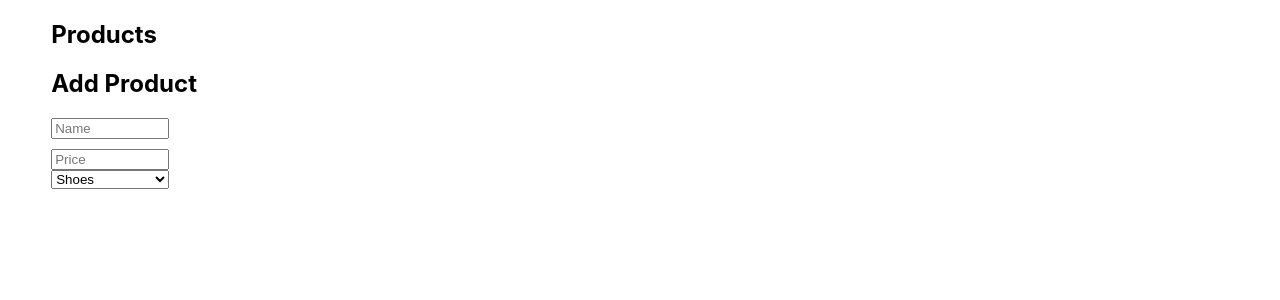
Repository: zcoderboy/redux-workout
Page: /
The author's editor kept a copy of each file at every save. The page is drawn from the files as they stood at one save, then again after the next save.
The browser window is 1280 px wide. The pictures show the whole page.
The project was rebuilt for these pictures with package versions that can differ from the ones it lists, and the page was loaded fresh each time. Also part of the build but not shown: src/Product.js.

Above is the page before, as saved 2020-08-17 15:20:24.

After the next save:
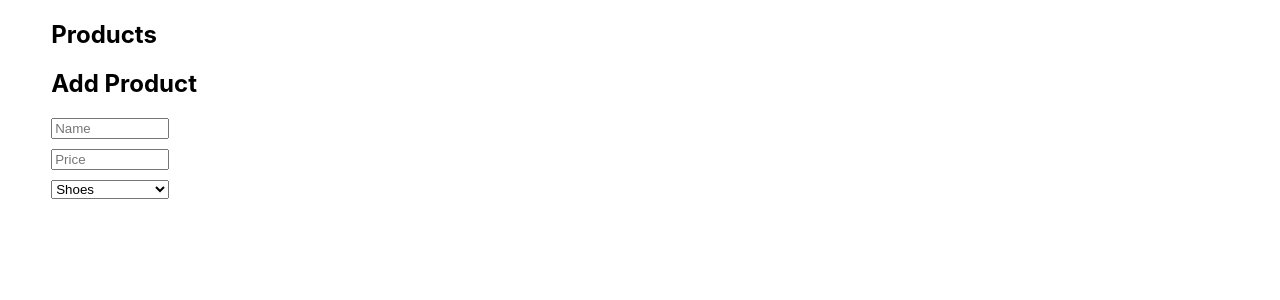
Saved 9 s later.
--- a/src/ProductAdd.js
+++ b/src/ProductAdd.js
@@ -12,7 +12,9 @@ const ProductAdd = (props) => {
         <input style={{
           marginBottom: "10px"
         }} type="text" name="name" placeholder="Name"></input>
-        <input type="number" name="price" placeholder="Price"></input>
+        <input style={{
+          marginBottom: "10px"
+        }} type="number" name="price" placeholder="Price"></input>
         <select name="category">
           <option value="test">Shoes</option>
         </select>
